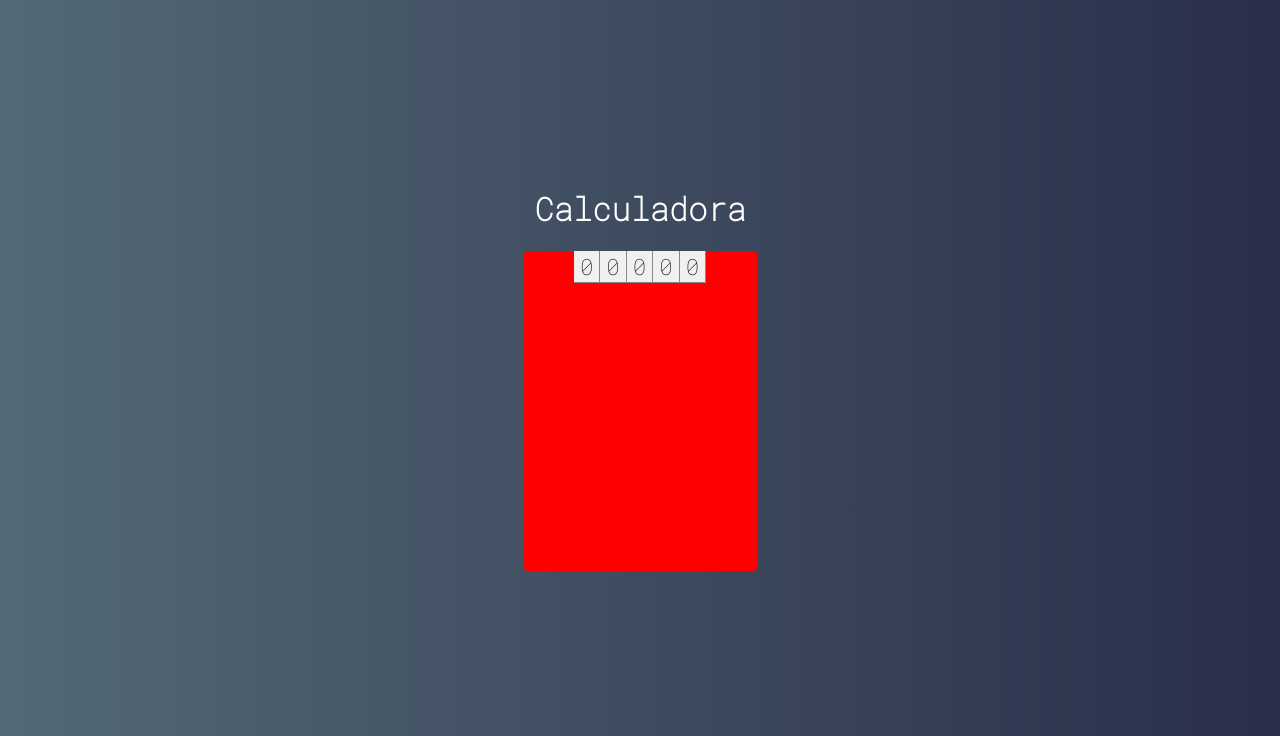
Repository: wellingtondevops/react-Calculator
Page: / (app in calculadora/)
These files come from the project's save history. The page is drawn as it stood at one moment and after the next save; the edit follows.
The browser window is 1280 px wide. The pictures show the whole page.
The project was rebuilt for these pictures with package versions that can differ from the ones it lists, and the page was loaded fresh each time.

Above is the page before, as saved 2020-05-07 14:22:25.

### calculadora/src/index.js
import React from 'react';
import ReactDOM from 'react-dom';
import './index.css';
import Calculator from './main/Calculator'
import * as serviceWorker from './serviceWorker';

ReactDOM.render(
  <div>
  <h1>Calculadora</h1>
  <Calculator />
  </div>,
  document.getElementById('root')
);

// If you want your app to work offline and load faster, you can change
// unregister() to register() below. Note this comes with some pitfalls.
// Learn more about service workers: https://bit.ly/CRA-PWA
serviceWorker.unregister();

### calculadora/src/index.css
@font-face {
  font-family: 'RobotoMono';
  src: url('./fonts/RobotoMono-Thin.ttf')
}

* {
  font-family: 'RobotoMOno', monospace;
}

body {
  display: flex;
  height: 100vh;
  justify-content: center;
  align-items: center;
  text-align: center;

  color: #fff;
  background: linear-gradient(to right, rgb(83, 105 , 118), rgb(41, 46, 73));


}

### calculadora/src/main/Calculator.jsx
import React, {Component} from 'react'
import './Calculator.css'
import Button from '../components/Button'

export default class Calculator extends Component {
    render() {
        return (
            <div className="calculator">
                <Button />
                <Button />
                <Button />
                <Button />
                <Button />
            </div>
        )
    }
}

### calculadora/src/components/Button.jsx
import React from 'react'
import './Button.css'


export default props =>
    <button className='button'>0</button>

### calculadora/src/components/Button.css
:root {
    --bg-button: #f0f0f0;
    --border-button: solid 1px #888;

}

.button {
    font-size: 1.4em;
    background-color:  var(--bg-button);
    border: none;
    border-right: var(--border-button);
    border-bottom: var(--border-button)
}

Loaded but not shown: calculadora/public/index.html (common file); calculadora/src/serviceWorker.js (common file); calculadora/src/main/Calculator.css (common file)

After the next save:
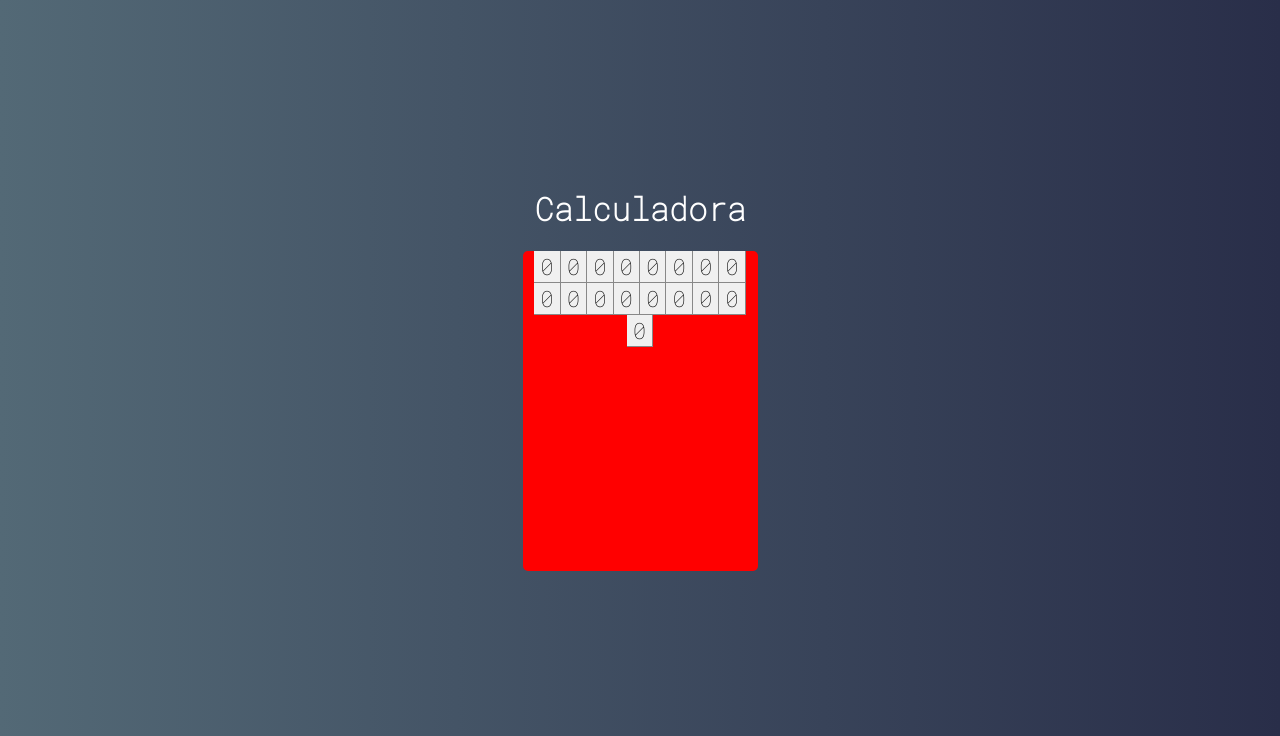
Saved 5 min 8 s later.
--- a/calculadora/src/main/Calculator.jsx
+++ b/calculadora/src/main/Calculator.jsx
@@ -6,11 +6,23 @@ export default class Calculator extends Component {
     render() {
         return (
             <div className="calculator">
-                <Button />
-                <Button />
-                <Button />
-                <Button />
-                <Button />
+                <Button label="AC"/>
+                <Button label="/" />
+                <Button label="7" />
+                <Button label="8" />
+                <Button label="9" />
+                <Button label="*" />
+                <Button label="4" />
+                <Button label="5" />
+                <Button label="6" />
+                <Button label="-" />
+                <Button label="1" />
+                <Button label="2" />
+                <Button label="3" />
+                <Button label="+" />
+                <Button label="0" />
+                <Button label="." />
+                <Button label="=" />
             </div>
         )
     }
